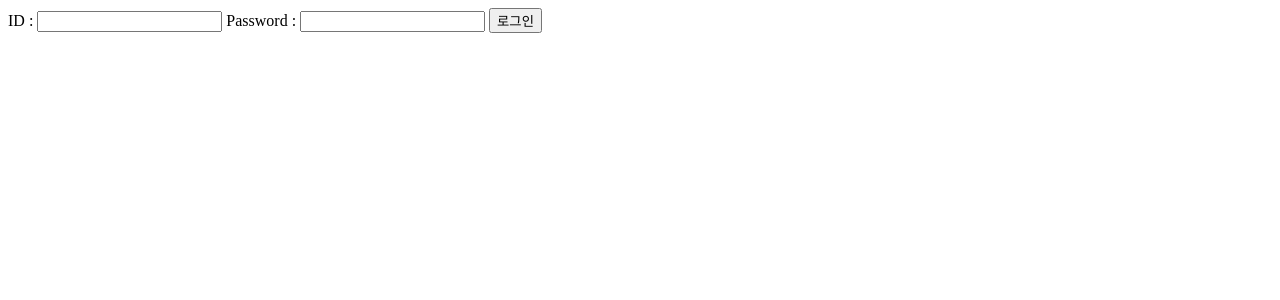
Repository: SeungwanHong/Web-jsp-
Page: http://localhost/20170404/example/login_form.jsp
The author's editor kept a copy of each file at every save. The page is drawn from the files as they stood at one save, then again after the next save.
The browser window is 1280 px wide. The pictures show the whole page.
The page is served by Tomcat 9. Other server files are loaded and not shown.

Above is the page before, as saved 2017-04-04 07:33:18.

### 20170404/WebContent/example/login_form.jsp
<%@ page language="java" contentType="text/html; charset=EUC-KR"
	pageEncoding="EUC-KR"%>
<!DOCTYPE html PUBLIC "-//W3C//DTD HTML 4.01 Transitional//EN" "http://www.w3.org/TR/html4/loose.dtd">
<html>
<head>
<meta http-equiv="Content-Type" content="text/html; charset=EUC-KR">
<title>Insert title here</title>
</head>
<body>

	<form action="login_check.jsp" method="post" name="text">
		ID : <input type="text" name="id">
		Password : <input type="password" name="pw">
		<input type="submit" value="로그인">
	</form>
</body>
</html>

After the next save:
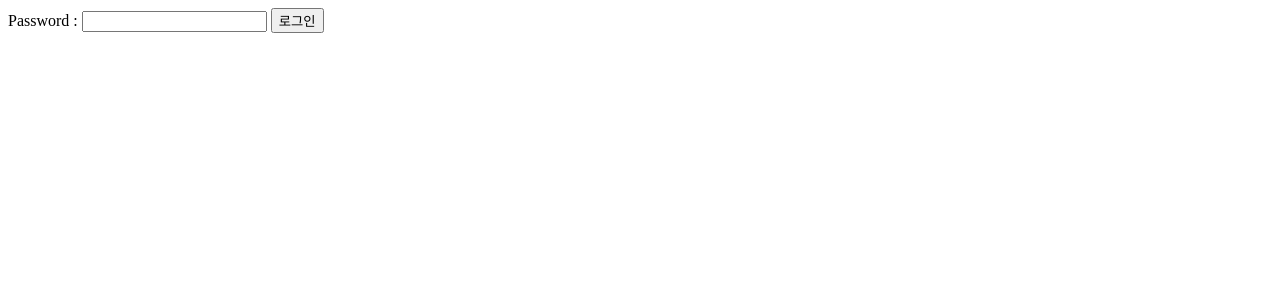
Saved 1 s later.
--- a/20170404/WebContent/example/login_form.jsp
+++ b/20170404/WebContent/example/login_form.jsp
@@ -8,7 +8,7 @@
 </head>
 <body>
 
-	<form action="login_check.jsp" method="post" name="text">
+	<form action="login_check.jsp" method="post" name="text'>
 		ID : <input type="text" name="id">
 		Password : <input type="password" name="pw">
 		<input type="submit" value="로그인">

After the save that followed:
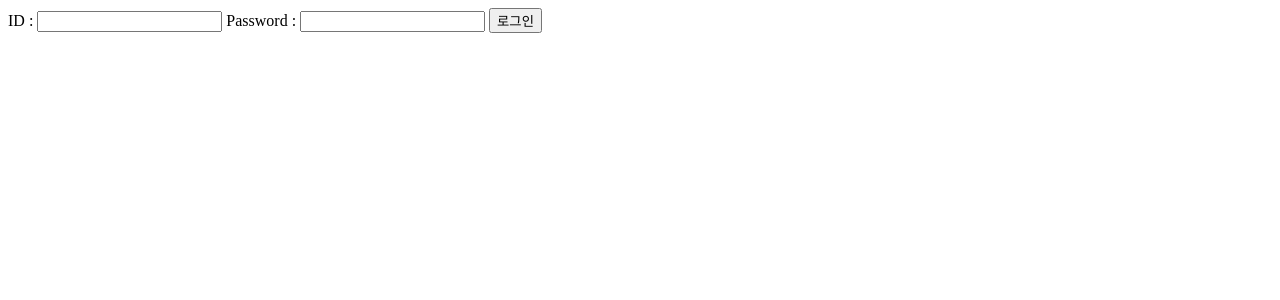
Saved 11 s later.
--- a/20170404/WebContent/example/login_form.jsp
+++ b/20170404/WebContent/example/login_form.jsp
@@ -8,7 +8,7 @@
 </head>
 <body>
 
-	<form action="login_check.jsp" method="post" name="text'>
+	<form action="login_check.jsp" method="post" name="login" value ="test">
 		ID : <input type="text" name="id">
 		Password : <input type="password" name="pw">
 		<input type="submit" value="로그인">
